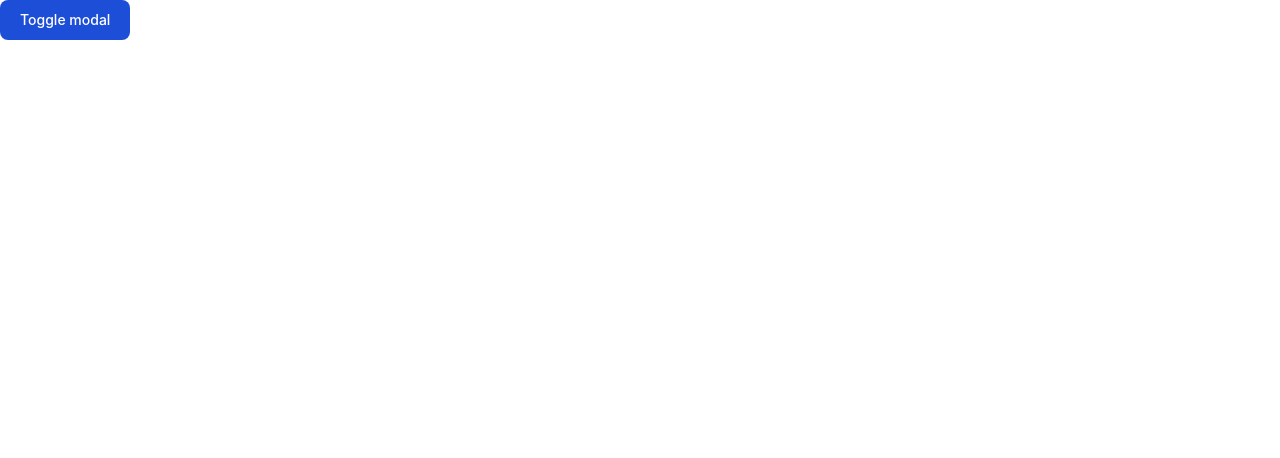
Repository: MuniruIssah/campushostels
Page: /test
An editor plug-in stored every save of this project. The page is shown before and after a run of saves, followed by the edit.
The browser window is 1280 px wide. The pictures show the whole page.
Some web fonts or font styles are not loaded; a fallback is used. The project was rebuilt for these pictures with package versions that can differ from the ones it lists, and the page was loaded fresh each time. Also part of the build but not shown: src/App.css, src/contexts/HostelContext.js, src/components/Header.js, src/contexts/CampusContext.js, src/components/Map.js, src/components/Sidebar.js, src/pages/Home.js, src/components/About.js and 8 more.

Above is the page before, as saved 2022-02-24 21:09:14.

### public/index.html
<!DOCTYPE html>
<html lang="en">
  <head>
    <meta charset="utf-8" />
    <link rel="icon" href="%PUBLIC_URL%/favicon.ico" />
    <meta name="viewport" content="width=device-width, initial-scale=1" />
    <meta name="theme-color" content="#000000" />
    <meta
      name="description"
      content="Web site created using create-react-app"
    />
    <link rel="apple-touch-icon" href="%PUBLIC_URL%/logo192.png" />
    <link rel="stylesheet" href="https://rsms.me/inter/inter.css">

    <!--
      manifest.json provides metadata used when your web app is installed on a
      user's mobile device or desktop. See https://developers.google.com/web/fundamentals/web-app-manifest/
    -->
    <link rel="manifest" href="%PUBLIC_URL%/manifest.json" />
    <!--
      Notice the use of %PUBLIC_URL% in the tags above.
      It will be replaced with the URL of the `public` folder during the build.
      Only files inside the `public` folder can be referenced from the HTML.

      Unlike "/favicon.ico" or "favicon.ico", "%PUBLIC_URL%/favicon.ico" will
      work correctly both with client-side routing and a non-root public URL.
      Learn how to configure a non-root public URL by running `npm run build`.
    -->
    <title>React App</title>
  </head>
  <body>
    <noscript>You need to enable JavaScript to run this app.</noscript>
    <div id="root"></div>
    <!--
      This HTML file is a template.
      If you open it directly in the browser, you will see an empty page.

      You can add webfonts, meta tags, or analytics to this file.
      The build step will place the bundled scripts into the <body> tag.

      To begin the development, run `npm start` or `yarn start`.
      To create a production bundle, use `npm run build` or `yarn build`.
    -->
  </body>
</html>

### src/App.js
import logo from "./logo.svg";
import "./App.css";
import Home from "./pages/Home";
import { app } from "./firebase.config";
import Landing from "./pages/Landing";
import { Routes, Route, Navigate } from "react-router-dom";
import AdminLogin from "./pages/AdminLogin";
import AdminMain from "./pages/AdminMain";
import AdminHostelsView from "./components/AdminHostelsView";
import AdminCampusesView from "./components/AdminCampusesView";
import Modal from "./components/Modal";
function App() {
  return (
    <div className="container">
      <Routes>
        <Route element={<Landing />} exact path="/" />
        <Route element={<Home />} path="/hostels" />
        <Route element={<AdminLogin />} path="/login" />
        <Route element={<AdminMain />} path="/admin">
          <Route path="" element={<Navigate replace to="hostels" />} />
          <Route path="hostels" element={<AdminHostelsView />} />
          <Route path="campuses" element={<AdminCampusesView />} />
        </Route>
        <Route element={<Modal />} path="/test" />
      </Routes>
    </div>
  );
}

export default App;

### src/firebase.config.js
import { initializeApp } from "firebase/app";

const firebaseConfig = {
  apiKey: "AIzaSyB4vPR-Q-WV82PEnnO3BQXOJDbG-ij07YY",
  authDomain: "campus-hostels.firebaseapp.com",
  projectId: "campus-hostels",
  storageBucket: "campus-hostels.appspot.com",
  messagingSenderId: "1060283354375",
  appId: "1:1060283354375:web:4d51655af15a73071849a2",
};

export const app = initializeApp(firebaseConfig);

### src/components/Modal.js
import React, { useEffect, useState } from "react";
import { GrClose } from "react-icons/gr";
const Modal = ({ visible, setVisible, children, title }) => {
  const [open, setOpen] = useState(true);
  const handleClose = () => setOpen(false);
  useEffect(() => {
    console.log({open})
  }, [open]);
  return (
    // <div
    //   className="hidden w-screen h-screen bg-white z-50 fixed top-0 left-0">
    //   <div className="py-6 flex justify-between border-b border-gray-200 px-4 md:px-8">
    //     <span className="">{title}</span>
    //     <button
    //       onClick={handleClose}
    //       className="p-2 hover:border hover:border-gray-300 rounded rounded-lg"
    //     >
    //       <GrClose />
    //     </button>
    //   </div>
    //   <div className="">{children}</div>
    // </div>
    <>

<button className="block text-white bg-blue-700 hover:bg-blue-800 focus:ring-4 focus:ring-blue-300 font-medium rounded-lg text-sm px-5 py-2.5 text-center dark:bg-blue-600 dark:hover:bg-blue-700 dark:focus:ring-blue-800" type="button" data-modal-toggle="defaultModal">
  Toggle modal
</button>

<div id="defaultModal" aria-hidden="true" className="hidden overflow-y-auto overflow-x-hidden fixed right-0 left-0 top-4 z-50 justify-center items-center h-modal md:h-full md:inset-0">
    <div className="relative px-4 w-full max-w-2xl h-full md:h-auto">
        <div className="relative bg-white rounded-lg shadow dark:bg-gray-700">
            <div className="flex justify-between items-start p-5 rounded-t border-b dark:border-gray-600">
                <h3 className="text-xl font-semibold text-gray-900 lg:text-2xl dark:text-white">
                    Terms of Service
                </h3>
                <button type="button" className="text-gray-400 bg-transparent hover:bg-gray-200 hover:text-gray-900 rounded-lg text-sm p-1.5 ml-auto inline-flex items-center dark:hover:bg-gray-600 dark:hover:text-white" data-modal-toggle="defaultModal">
                    <svg className="w-5 h-5" fill="currentColor" viewBox="0 0 20 20" xmlns="http://www.w3.org/2000/svg"><path fill-rule="evenodd" d="M4.293 4.293a1 1 0 011.414 0L10 8.586l4.293-4.293a1 1 0 111.414 1.414L11.414 10l4.293 4.293a1 1 0 01-1.414 1.414L10 11.414l-4.293 4.293a1 1 0 01-1.414-1.414L8.586 10 4.293 5.707a1 1 0 010-1.414z" clip-rule="evenodd"></path></svg>
                </button>
            </div>
            <div className="p-6 space-y-6">
                <p className="text-base leading-relaxed text-gray-500 dark:text-gray-400">
                    With less than a month to go before the European Union enacts new consumer privacy laws for its citizens, companies around the world are updating their terms of service agreements to comply.
                </p>
                <p className="text-base leading-relaxed text-gray-500 dark:text-gray-400">
                    The European Union’s General Data Protection Regulation (G.D.P.R.) goes into effect on May 25 and is meant to ensure a common set of data rights in the European Union. It requires organizations to notify users as soon as possible of high-risk data breaches that could personally affect them.
                </p>
            </div>
            <div className="flex items-center p-6 space-x-2 rounded-b border-t border-gray-200 dark:border-gray-600">
                <button data-modal-toggle="defaultModal" type="button" className="text-white bg-blue-700 hover:bg-blue-800 focus:ring-4 focus:ring-blue-300 font-medium rounded-lg text-sm px-5 py-2.5 text-center dark:bg-blue-600 dark:hover:bg-blue-700 dark:focus:ring-blue-800">I accept</button>
                <button data-modal-toggle="defaultModal" type="button" className="text-gray-500 bg-white hover:bg-gray-100 focus:ring-4 focus:ring-gray-300 rounded-lg border border-gray-200 text-sm font-medium px-5 py-2.5 hover:text-gray-900 focus:z-10 dark:bg-gray-700 dark:text-gray-300 dark:border-gray-500 dark:hover:text-white dark:hover:bg-gray-600">Decline</button>
            </div>
        </div>
    </div>
</div>
    </>
  );
};

export default Modal;

### tailwind.config.js
const defaultTheme = require('tailwindcss/defaultTheme')
module.exports = {
  content: ["./src/**/*.{js,jsx,ts,tsx}"],
  theme: {
    extend: {
      fontFamily: {
        sans: ["Inter var", ...defaultTheme.fontFamily.sans],
      },
    },
  },
  plugins: [],
};

Loaded but not shown: src/index.js (common file); src/index.css (common file); src/reportWebVitals.js (common file)

After the next 2 saves:
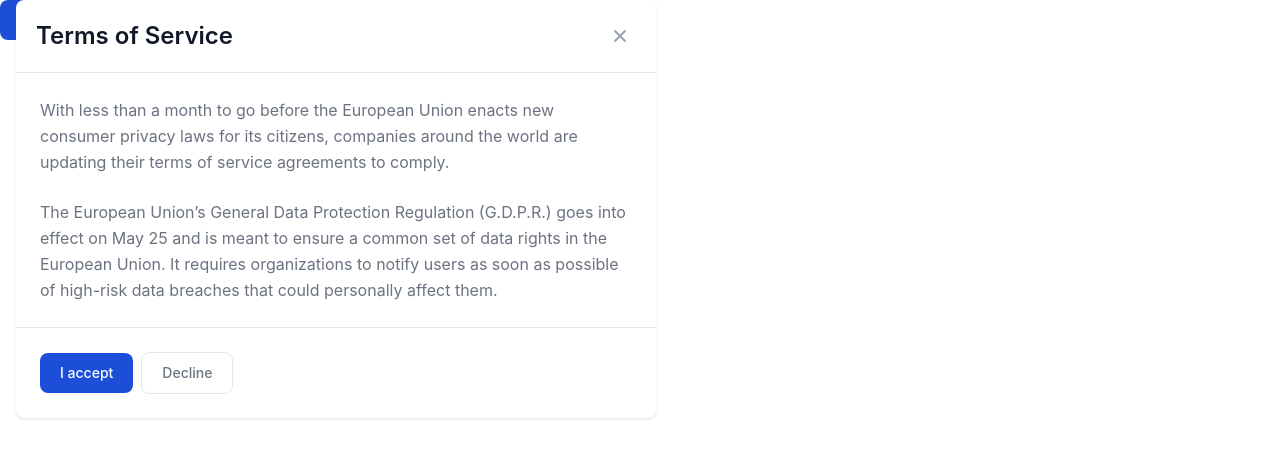
The 2 saves are shown as one change because they came seconds apart.
The last was saved 84 s later.
--- a/src/components/Modal.js
+++ b/src/components/Modal.js
@@ -26,7 +26,7 @@
   Toggle modal
 </button>
 
-<div id="defaultModal" aria-hidden="true" className="hidden overflow-y-auto overflow-x-hidden fixed right-0 left-0 top-4 z-50 justify-center items-center h-modal md:h-full md:inset-0">
+<div id="defaultModal" aria-hidden="true" className="overflow-y-auto overflow-x-hidden fixed right-0 left-0 top-4 z-50 justify-center items-center h-modal md:h-full md:inset-0">
     <div className="relative px-4 w-full max-w-2xl h-full md:h-auto">
         <div className="relative bg-white rounded-lg shadow dark:bg-gray-700">
             <div className="flex justify-between items-start p-5 rounded-t border-b dark:border-gray-600">
